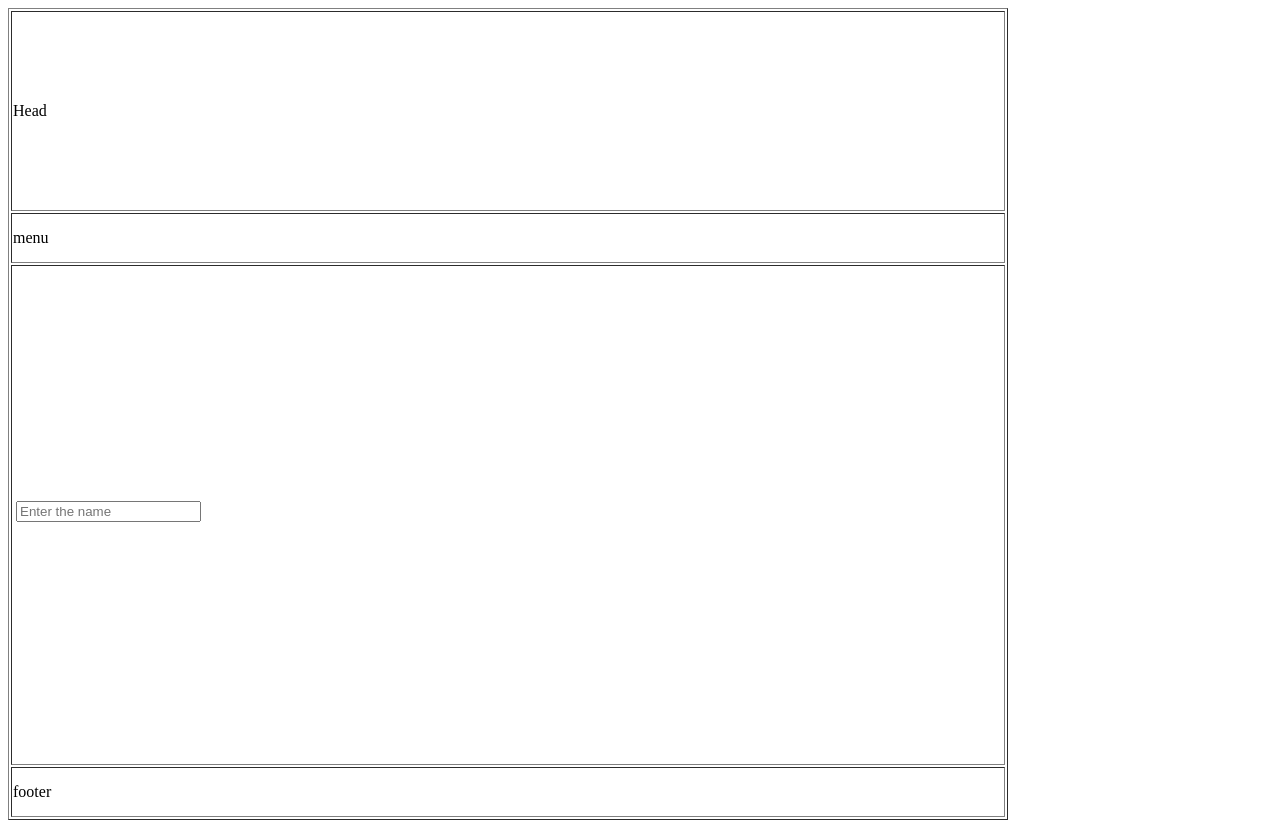
Repository: PraveenRavipati/MyWork
Page: Java/workspaces/office Java WorkScapces/training/javatraining2014/WebContent/NewFile.html
The author's editor kept a copy of each file at every save. The page is drawn from the files as they stood at one save, then again after the next save.
The browser window is 1280 px wide. The pictures show the whole page.

Above is the page before, as saved 2014-05-30 09:27:48.

After the next save:
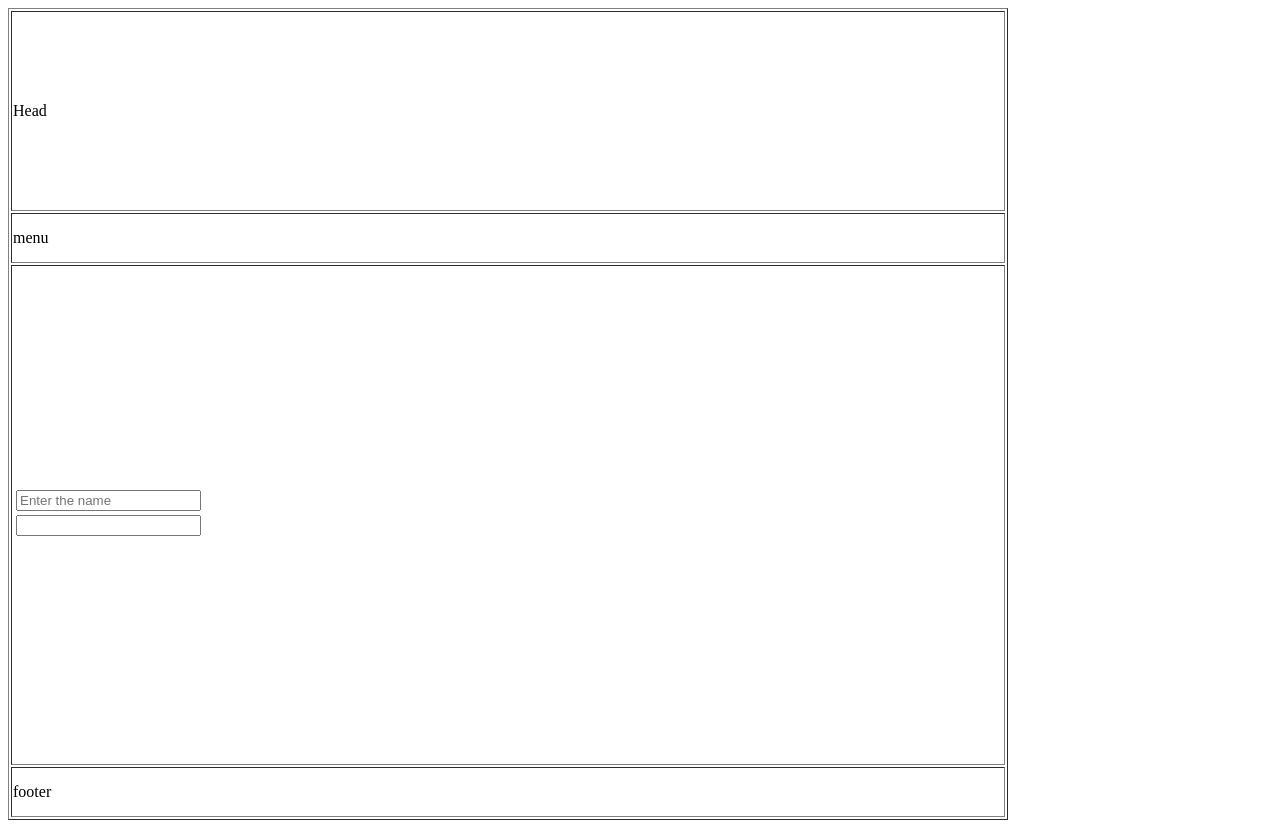
Saved 12 s later.
--- a/Java/workspaces/office Java WorkScapces/training/javatraining2014/WebContent/NewFile.html
+++ b/Java/workspaces/office Java WorkScapces/training/javatraining2014/WebContent/NewFile.html
@@ -19,7 +19,7 @@
 						<td><input type="text" name="name" placeholder="Enter the name"></td>
 					</tr>
 					<tr>
-						<td></td>
+						<td><input type="password" name=""></td>
 					</tr>
 					<tr>
 						<td></td>
